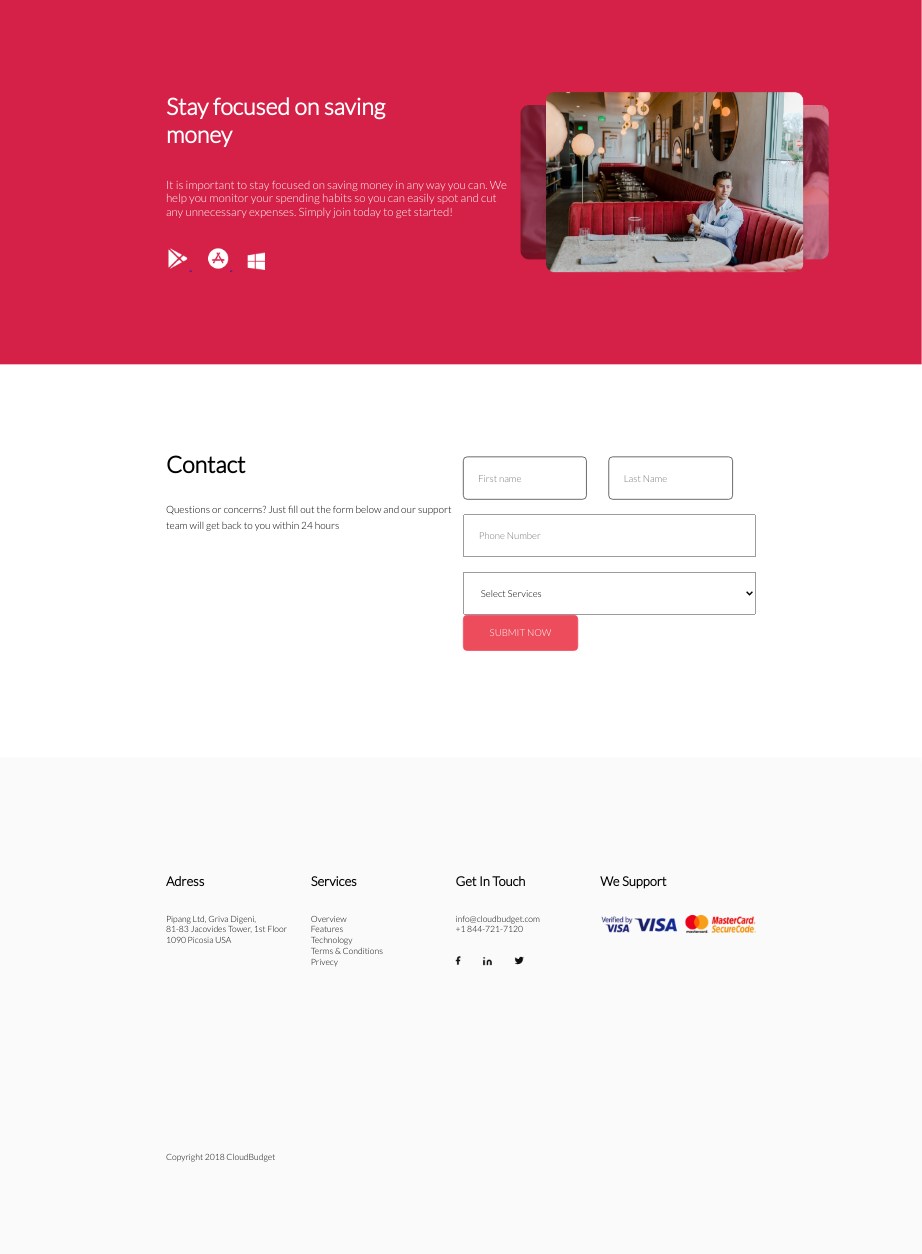
Repository: batonAnton/Cursor_lecture4
Page: index.html
An editor plug-in stored every save of this project. The page is shown before and after the next save, followed by the edit.
The browser window is 1280 px wide. The pictures show the whole page, at 72% of full size.

Above is the page before, as saved 2022-06-09 17:02:07.

### index.html
<!DOCTYPE html>
<html lang="en">
<head>
    <meta charset="UTF-8">
    <meta http-equiv="X-UA-Compatible" content="IE=edge">
    <meta name="viewport" content="width=device-width, initial-scale=1.0">
    <title>CloudBudget Freebie</title>
    <link rel="preconnect" href="https://fonts.googleapis.com">
    <link rel="preconnect" href="https://fonts.gstatic.com" crossorigin>
    <link href="https://fonts.googleapis.com/css2?family=Lato:wght@300&display=swap" rel="stylesheet">
    <link rel="stylesheet" href="css/style.css">
</head>
<body>
    <div class="full-page">
    <header>
        <div class="info-box">
            <h1>Stay focused on saving <br> money</h1>
            <p>It is important to stay focused on saving money in any way you can. We <br> help you monitor your spending habits so you can easily spot and cut <br> any unnecessary expenses. Simply join today to get started!</p>

            <div class="link_source">
                <a href="https://play.google.com/store/games?hl=uk&gl=US">
                    <img src="/image/icon/google_play.png" alt="icon-google">
                </a>
                <a href="https://www.apple.com/ua/app-store/">
                    <img src="/image/icon/apstore.png" alt="icon-apstore">
                </a>
                <a href="https://www.microsoft.com/uk-ua/software-download/windows10">
                    <img src="/image/icon/windows.png" alt="icon-windows">
                </a>
            </div>
        </div>

        <div class="big_img"></div>
    </header>

    <section>
        <div class="info-box">
            <h1>Contact</h1>
            <p>Questions or concerns? Just fill out the form below and our support <br> team will get back to you within 24 hours</p>
        </div>

        <div class="input-fields">
            <form>
                <div>
                    <input type="text" id="fname" placeholder="First name" name="fname">
                    <input type="text" id="lname" placeholder="Last Name" name="lname">
                </div>

                <input type="number" name="" id="number" placeholder="Phone Number">
                <!-- <input list="standard-select" id="dropdown" placeholder="Select Services" name="service"> <br> -->
                <select id="standard-select" placeholder="Select Services">
                    <option value="">Select Services</option>
                    <option value="Option 1">Option 1</option>
                    <option value="Option 2">Option 2</option>
                    <option value="Option 3">Option 3</option>
                    <option value="Option 4">Option 4</option>
                    <option value="Option 5">Option 5</option>
                  </select>
                <button>submit now</button>


              </form>
        </div>
    </section>

    <footer>
        <div class="all-block">
            <div class="adress-block">
                <h1>adress</h1>
                <p>
                    Pipang Ltd, Griva Digeni,<br>
                    81-83 Jacovides Tower, 1st Floor <br>
                    1090 Picosia USA
                </p>
            </div>

            <div class="services">
                <h1>services</h1>
                <a href="">overview</a>
                <a href="">features</a>
                <a href="">technology</a>
                <a href="">terms & conditions</a>
                <a href="">privecy</a>
            </div>

            <div class="link-social">
                <h1>Get in Touch</h1>
                <a href="">info@cloudbudget.com</a>
                <a href="">+1 844-721-7120</a>

                <div>
                    <a href="">
                        <img src="/image/footer/facebook.png" alt="facebook-link">
                    </a>

                    <a href="">
                        <img src="/image/footer/feather-linkedin.png" alt="linkdn">
                    </a>

                    <a href="">
                        <img src="/image/footer/tweeter.png" alt="tweeter-img">
                    </a>
                </div>
            </div>

            <div class="paymants">
                <h1>We Support</h1>
                <img src="/image/footer/secure-p-1 1.png" alt="img pay">
            </div>
        </div>
        <p class="copyright">Copyright 2018 CloudBudget</p>
    </footer>
    </div>
</body>
</html>

### css/style.css
* {
  font-family: "Lato", sans-serif;
  font-weight: 400;
  margin: 0px;
  padding: 0px;
  box-sizing: border-box;
}

.full-page{
  /* padding:0 5% 0 5%; */
}
h1 {
  font-weight: 600;
}

header {
  width: 100%;
  height: 20%;
  padding: 10%;
  color: #ffffff;
  display: inline-flex;
  background-color: #d52047;
}

.info-box {
  width: 80%;
  margin-left: 10%;
}

.info-box h1{
  font-size: 2rem;
}

.info-box p {
  margin: 40px 0;
  font-size 14px;
}

.link_source a {
  margin-left: -19px;
  padding: 0 20px;
}

.big_img {
  background-image: url("/image/Photo.png");
  width: 70%;
  background-repeat: no-repeat;
  background-position: center;
  background-size: contain;
}

/* Section */
section {
  color: #000000;
  display: inline-flex;
  padding: 10%;
  width: 100%;
}

section .info-box {
  width: 80%;
  color: #000000;
  line-height: 140%;
}

section .info-box h1 {
  font-weight: 600;
  font-size: 2rem;
}

section .info-box p{
  font-size: 14px;
}

#fname,
#lname {
  width: 39%;
  height: 60px;
  border: 1px solid #333333;
  border-radius: 6px;
}

.input-fields input, select {
  width: 80%;
  height: 60px;
  padding: 20px;
}



form div {
  display: inline-flex;
}
form input,
button {
  margin-left: 30px;
  margin-bottom: 20px;
  margin: 0px 30px 20px 0;
}

.input-fields {
  /* margin-right: 100px; */
}

button {
  background-color: #ed4c5c;
  color: #ffffff;
  width: 160px;
  height: 50px;
  border: 1.5px solid #ed4c5c;
  border-radius: 6px;
  text-transform: uppercase;
}

footer {
  background-color: #fafafa;
  margin: 0px auto 0px auto;
  font-size: 12px;
}

.all-block {
  display: inline-flex;
  padding: 10% 18%;
  width: 100%;
}


.all-block div {
  width: 30%;
}

footer h1 {
  font-style: normal;
  font-weight: 700;
  line-height: 22px;
  text-transform: capitalize;
  margin-bottom: 33px;
  margin-top: 33px;
  font-size: 18px;
}

.services a,
.link-social a {
  display: grid;
  text-decoration: none;
  color: #000000;
}

.services a {
  text-transform: capitalize;
}

.link-social div {
  display: inline-flex;
}

.link-social div a {
  margin: 30px 30px 0px 0px;
}

.copyright{
  padding: 10% 18%;
}

 .option{
  width: 100%;
}

After the next save:
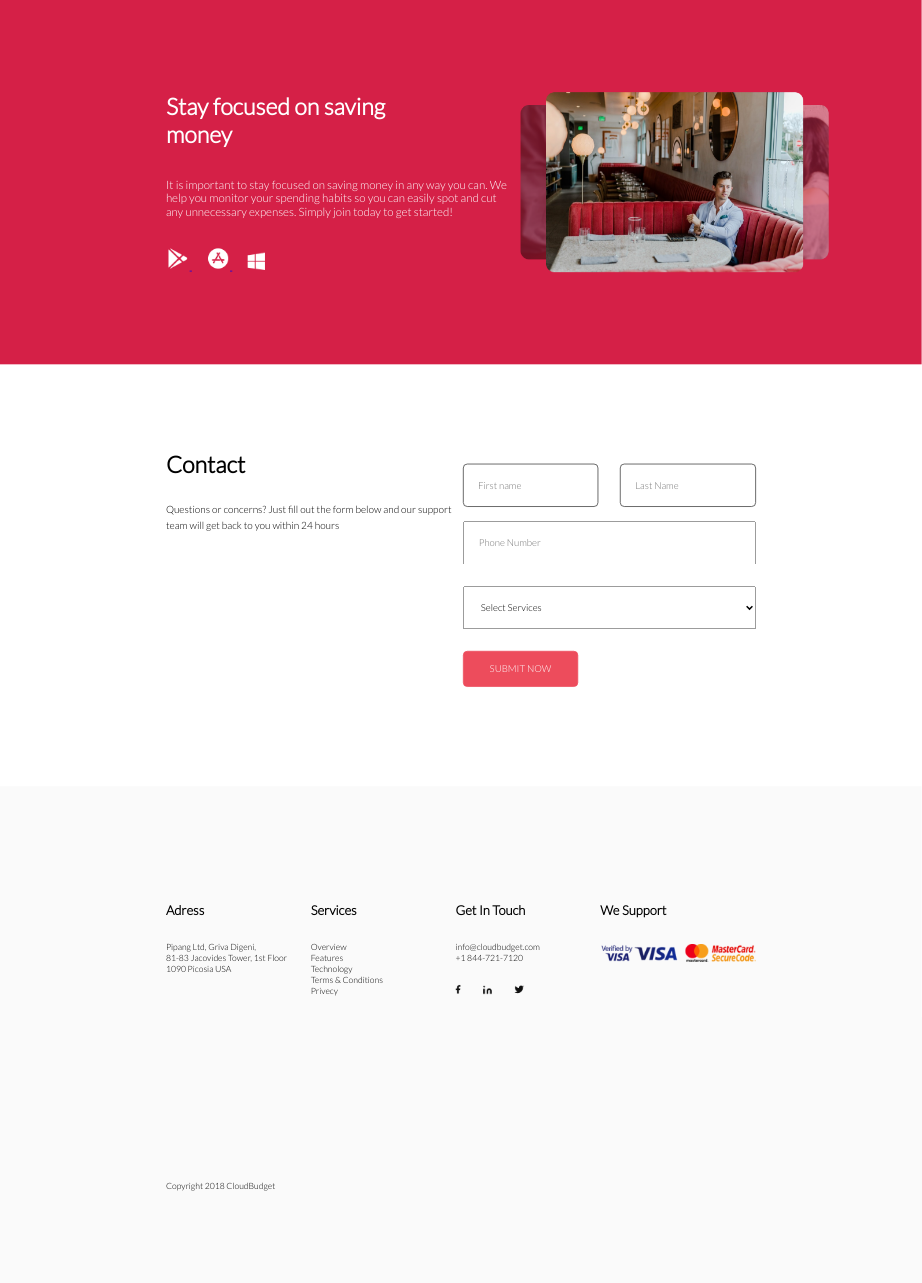
Saved 3 min 49 s later.
--- a/css/style.css
+++ b/css/style.css
@@ -74,7 +74,7 @@ section .info-box p{
 
 #fname,
 #lname {
-  width: 39%;
+  width: 37%;
   height: 60px;
   border: 1px solid #333333;
   border-radius: 6px;
@@ -90,12 +90,12 @@ section .info-box p{
 
 form div {
   display: inline-flex;
+  width: 100%;
 }
 form input,
 button {
-  margin-left: 30px;
-  margin-bottom: 20px;
-  margin: 0px 30px 20px 0;
+
+  margin: 10px 30px 10px 0;
 }
 
 .input-fields {
@@ -146,6 +146,10 @@ footer h1 {
   color: #000000;
 }
 
+select{
+  margin: 20px 0 20px 0px;
+}
+
 .services a {
   text-transform: capitalize;
 }
